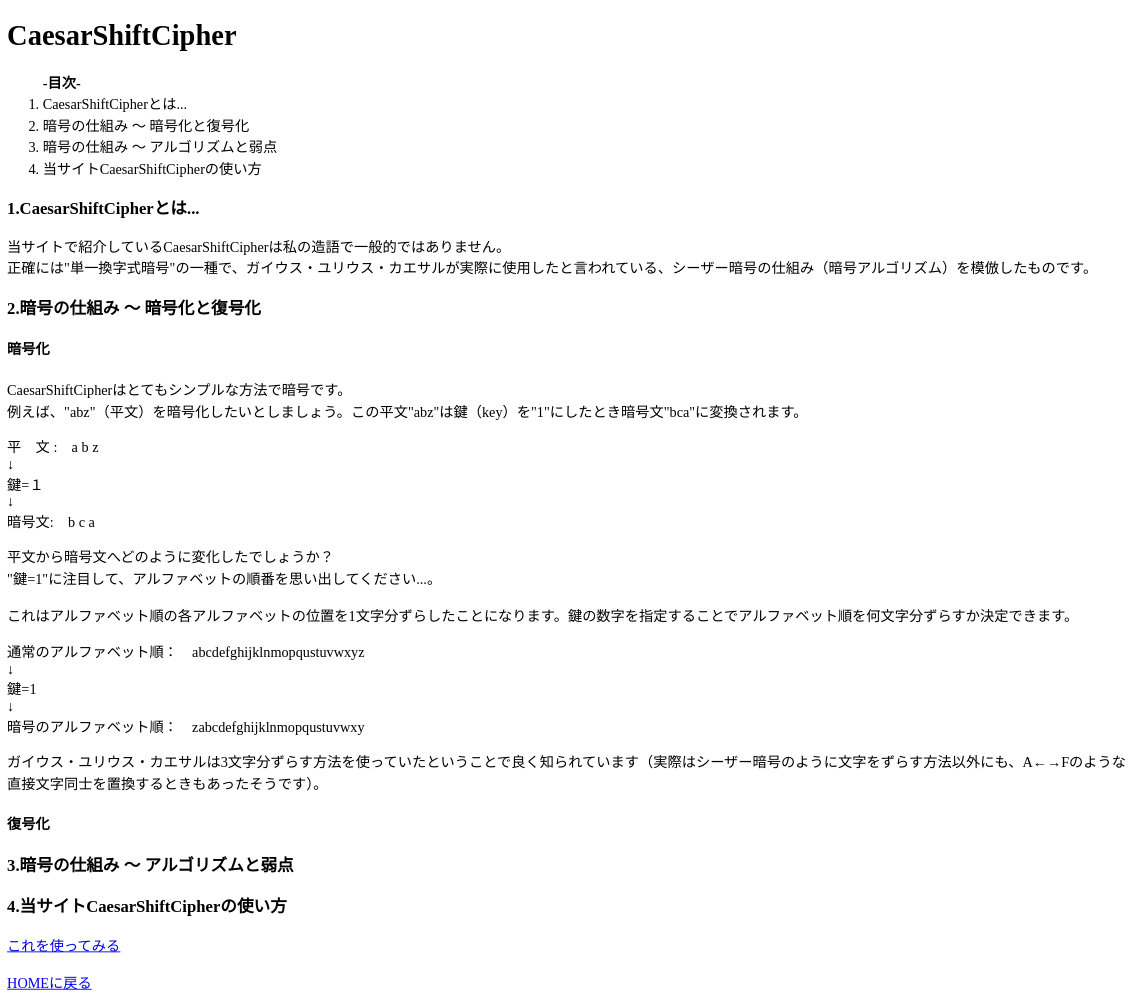
Repository: RantaWatari/TEST
Page: http://localhost/CipherProject/CipherMore?page=1
An editor plug-in stored every save of this project. The page is shown before and after the next save, followed by the edit.
The browser window is 1280 px wide. The pictures show the whole page, at 89% of full size.
The page is served by Tomcat 9.

Above is the page before, as saved 2017-07-24 22:26:22.

### CipherProject/WebContent/WEB-INF/jsp/CaesarShiftCipher.jsp
<%@ page language="java" contentType="text/html; charset=UTF-8"
    pageEncoding="UTF-8"%>
<!DOCTYPE html PUBLIC "-//W3C//DTD HTML 4.01 Transitional//EN" "http://www.w3.org/TR/html4/loose.dtd">
<html>
<head>
<meta http-equiv="Content-Type" content="text/html; charset=UTF-8">
<title>CaesarShiftCipher-Page</title>
</head>
<body>

<h1>CaesarShiftCipher</h1>
	<ol>
	<strong>-目次-</strong>
	<li>CaesarShiftCipherとは...</li>
	<li>暗号の仕組み ～ 暗号化と復号化</li>
	<li>暗号の仕組み ～ アルゴリズムと弱点</li>
	<li>当サイトCaesarShiftCipherの使い方</li>
	</ol>

<h3>1.CaesarShiftCipherとは...</h3>
	<p>当サイトで紹介しているCaesarShiftCipherは私の造語で一般的ではありません。<br>
	正確には"単一換字式暗号"の一種で、ガイウス・ユリウス・カエサルが実際に使用したと言われている、シーザー暗号の仕組み（暗号アルゴリズム）を模倣したものです。</p>

<h3>2.暗号の仕組み ～ 暗号化と復号化</h3>
	<h4>暗号化</h4>
		<p>CaesarShiftCipherはとてもシンプルな方法で暗号です。<br>例えば、"abz"（平文）を暗号化したいとしましょう。この平文"abz"は鍵（key）を"1"にしたとき暗号文"bca"に変換されます。</p>
		<p>平　文 :　a b z<br>↓<br>鍵=１<br>↓<br>暗号文:　b c a</p>
		<p>平文から暗号文へどのように変化したでしょうか？<br>"鍵=1"に注目して、アルファベットの順番を思い出してください...。<br><br>これはアルファベット順の各アルファベットの位置を1文字分ずらしたことになります。鍵の数字を指定することでアルファベット順を何文字分ずらすか決定できます。</p>
		<p>通常のアルファベット順：　abcdefghijklnmopqustuvwxyz<br>↓<br>鍵=1<br>↓<br>暗号のアルファベット順：　zabcdefghijklnmopqustuvwxy</p>
		<p>ガイウス・ユリウス・カエサルは3文字分ずらす方法を使っていたということで良く知られています（実際はシーザー暗号のように文字をずらす方法以外にも、A←→Fのような直接文字同士を置換するときもあったそうです）。</p>

	<h4>復号化</h4>

<h3>3.暗号の仕組み ～ アルゴリズムと弱点</h3>
	<p></p>

<h3>4.当サイトCaesarShiftCipherの使い方</h3>


<a href="http://localhost/CaesarShiftCipher/CaesarShiftCipher">これを使ってみる</a><br><br>
<a href="/CipherProject/">HOMEに戻る</a>

</body>
</html>

### CipherProject/src/servlet/Cipher.java
package servlet;

import java.io.IOException;

import javax.servlet.RequestDispatcher;
import javax.servlet.ServletException;
import javax.servlet.annotation.WebServlet;
import javax.servlet.http.HttpServlet;
import javax.servlet.http.HttpServletRequest;
import javax.servlet.http.HttpServletResponse;

@WebServlet("/CipherMore")
public class Cipher extends HttpServlet {
	private static final long serialVersionUID = 1L;

	protected void doGet(HttpServletRequest request, HttpServletResponse response) throws ServletException, IOException {

		String page =  request.getParameter("page");
		int pageNum = Integer.parseInt(page);

		if(pageNum == 0){

		}else if(pageNum == 1){
			RequestDispatcher dispatcher = request.getRequestDispatcher("/WEB-INF/jsp/CaesarShiftCipher.jsp");
			dispatcher.forward(request, response);
		}else if(pageNum == 2){
			RequestDispatcher dispatcher = request.getRequestDispatcher("/WEB-INF/jsp/VigenereCipher.jsp");
			dispatcher.forward(request, response);
		}else if(pageNum == 3){
			RequestDispatcher dispatcher = request.getRequestDispatcher("/WEB-INF/jsp/Enigma.jsp");
			dispatcher.forward(request, response);
		}else if(pageNum == 777){
			RequestDispatcher dispatcher = request.getRequestDispatcher("/WEB-INF/jsp/Unicode.jsp");
			dispatcher.forward(request, response);
		}

	}

}

After the next save:
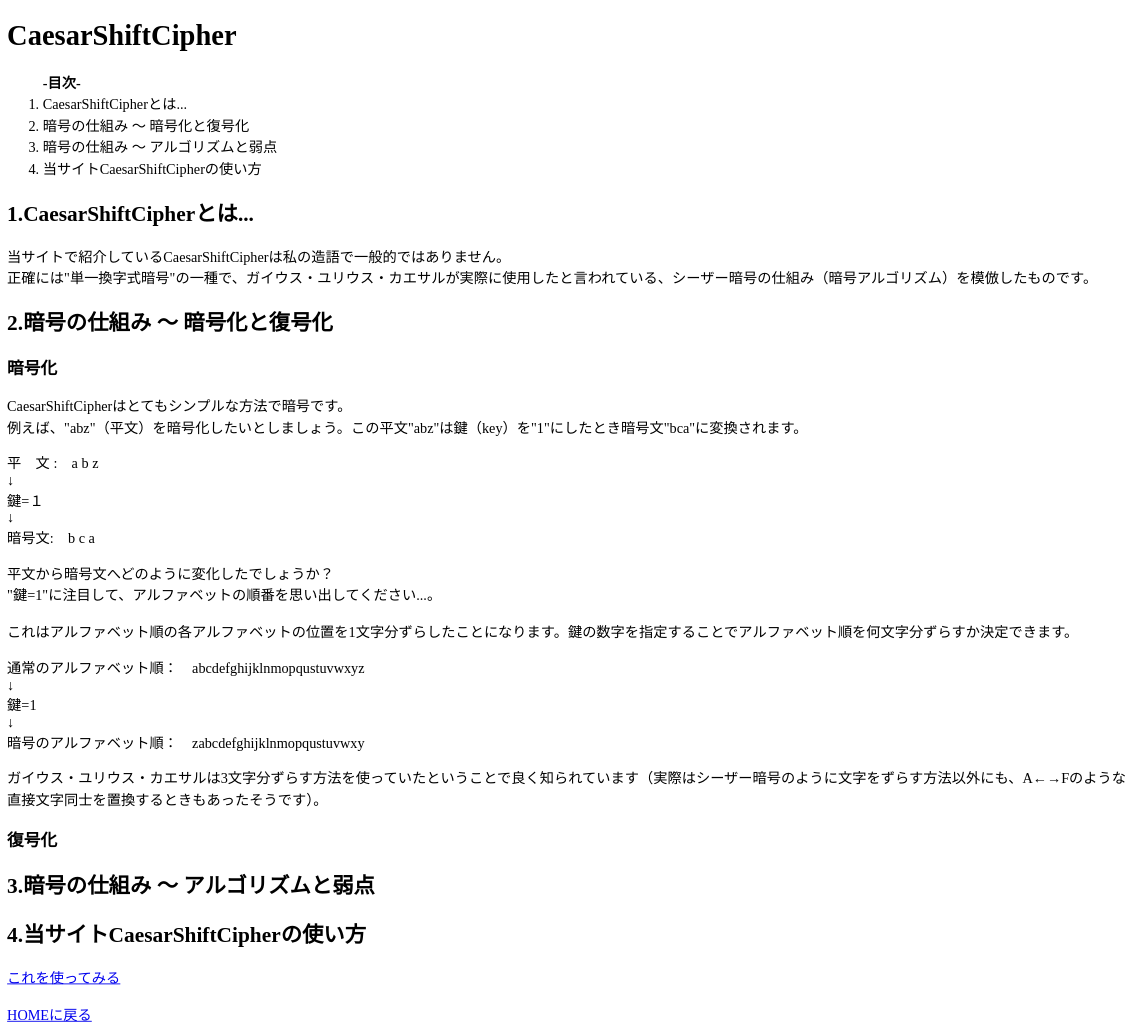
Saved 64 s later.
--- a/CipherProject/WebContent/WEB-INF/jsp/CaesarShiftCipher.jsp
+++ b/CipherProject/WebContent/WEB-INF/jsp/CaesarShiftCipher.jsp
@@ -17,24 +17,24 @@
 	<li>当サイトCaesarShiftCipherの使い方</li>
 	</ol>
 
-<h3>1.CaesarShiftCipherとは...</h3>
+<h2>1.CaesarShiftCipherとは...</h2>
 	<p>当サイトで紹介しているCaesarShiftCipherは私の造語で一般的ではありません。<br>
 	正確には"単一換字式暗号"の一種で、ガイウス・ユリウス・カエサルが実際に使用したと言われている、シーザー暗号の仕組み（暗号アルゴリズム）を模倣したものです。</p>
 
-<h3>2.暗号の仕組み ～ 暗号化と復号化</h3>
-	<h4>暗号化</h4>
+<h2>2.暗号の仕組み ～ 暗号化と復号化</h2>
+	<h3>暗号化</h4>
 		<p>CaesarShiftCipherはとてもシンプルな方法で暗号です。<br>例えば、"abz"（平文）を暗号化したいとしましょう。この平文"abz"は鍵（key）を"1"にしたとき暗号文"bca"に変換されます。</p>
 		<p>平　文 :　a b z<br>↓<br>鍵=１<br>↓<br>暗号文:　b c a</p>
 		<p>平文から暗号文へどのように変化したでしょうか？<br>"鍵=1"に注目して、アルファベットの順番を思い出してください...。<br><br>これはアルファベット順の各アルファベットの位置を1文字分ずらしたことになります。鍵の数字を指定することでアルファベット順を何文字分ずらすか決定できます。</p>
 		<p>通常のアルファベット順：　abcdefghijklnmopqustuvwxyz<br>↓<br>鍵=1<br>↓<br>暗号のアルファベット順：　zabcdefghijklnmopqustuvwxy</p>
 		<p>ガイウス・ユリウス・カエサルは3文字分ずらす方法を使っていたということで良く知られています（実際はシーザー暗号のように文字をずらす方法以外にも、A←→Fのような直接文字同士を置換するときもあったそうです）。</p>
 
-	<h4>復号化</h4>
+	<h3>復号化</h3>
 
-<h3>3.暗号の仕組み ～ アルゴリズムと弱点</h3>
+<h2>3.暗号の仕組み ～ アルゴリズムと弱点</h2>
 	<p></p>
 
-<h3>4.当サイトCaesarShiftCipherの使い方</h3>
+<h2>4.当サイトCaesarShiftCipherの使い方</h2>
 
 
 <a href="http://localhost/CaesarShiftCipher/CaesarShiftCipher">これを使ってみる</a><br><br>

After the 2 saves that followed:
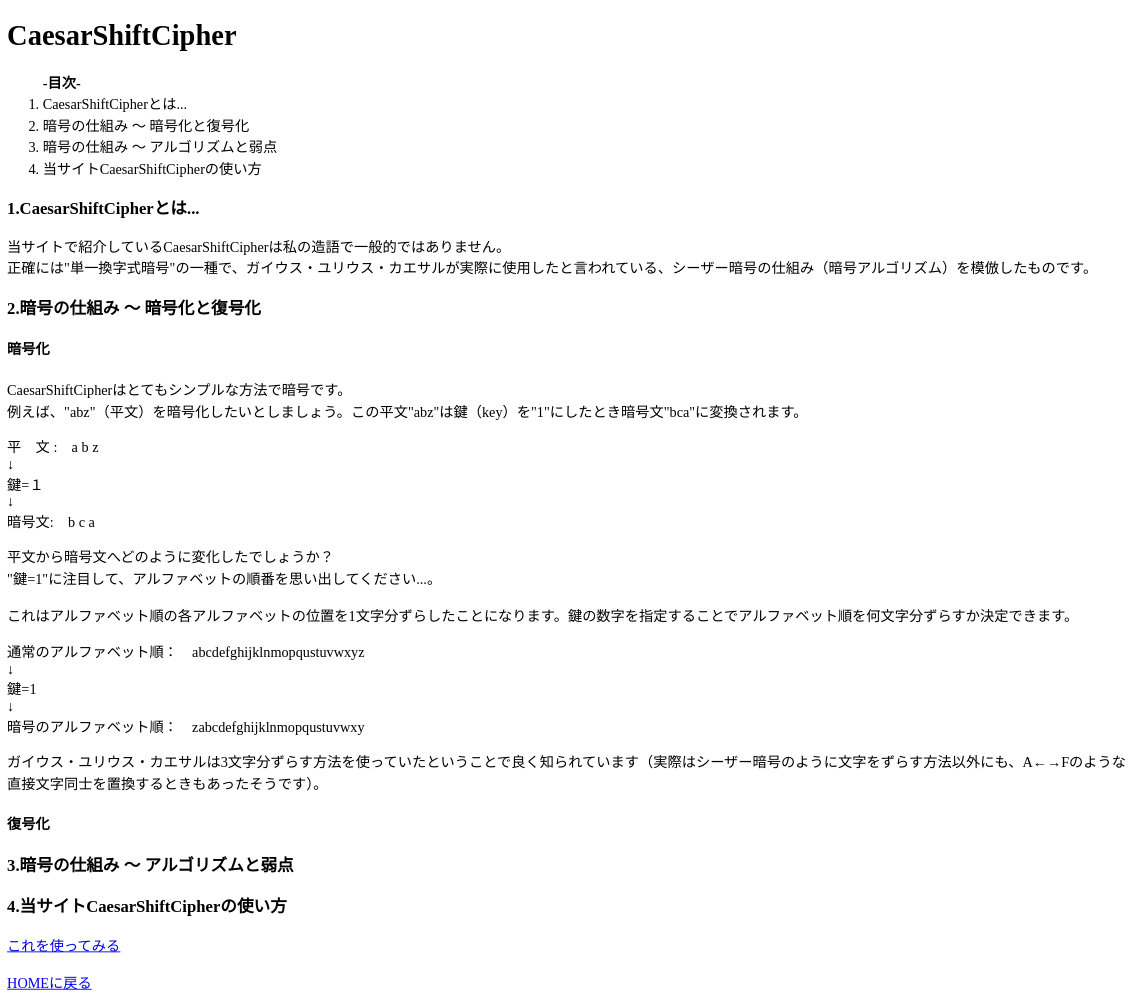
The 2 saves are shown as one change because they came seconds apart.
The last was saved 28 s later.
--- a/CipherProject/WebContent/WEB-INF/jsp/CaesarShiftCipher.jsp
+++ b/CipherProject/WebContent/WEB-INF/jsp/CaesarShiftCipher.jsp
@@ -17,24 +17,24 @@
 	<li>当サイトCaesarShiftCipherの使い方</li>
 	</ol>
 
-<h2>1.CaesarShiftCipherとは...</h2>
+<h3>1.CaesarShiftCipherとは...</h3>
 	<p>当サイトで紹介しているCaesarShiftCipherは私の造語で一般的ではありません。<br>
 	正確には"単一換字式暗号"の一種で、ガイウス・ユリウス・カエサルが実際に使用したと言われている、シーザー暗号の仕組み（暗号アルゴリズム）を模倣したものです。</p>
 
-<h2>2.暗号の仕組み ～ 暗号化と復号化</h2>
-	<h3>暗号化</h4>
+<h3>2.暗号の仕組み ～ 暗号化と復号化</h3>
+	<h4>暗号化</h4>
 		<p>CaesarShiftCipherはとてもシンプルな方法で暗号です。<br>例えば、"abz"（平文）を暗号化したいとしましょう。この平文"abz"は鍵（key）を"1"にしたとき暗号文"bca"に変換されます。</p>
 		<p>平　文 :　a b z<br>↓<br>鍵=１<br>↓<br>暗号文:　b c a</p>
 		<p>平文から暗号文へどのように変化したでしょうか？<br>"鍵=1"に注目して、アルファベットの順番を思い出してください...。<br><br>これはアルファベット順の各アルファベットの位置を1文字分ずらしたことになります。鍵の数字を指定することでアルファベット順を何文字分ずらすか決定できます。</p>
 		<p>通常のアルファベット順：　abcdefghijklnmopqustuvwxyz<br>↓<br>鍵=1<br>↓<br>暗号のアルファベット順：　zabcdefghijklnmopqustuvwxy</p>
 		<p>ガイウス・ユリウス・カエサルは3文字分ずらす方法を使っていたということで良く知られています（実際はシーザー暗号のように文字をずらす方法以外にも、A←→Fのような直接文字同士を置換するときもあったそうです）。</p>
 
-	<h3>復号化</h3>
+	<h4>復号化</h4>
 
-<h2>3.暗号の仕組み ～ アルゴリズムと弱点</h2>
+<h3>3.暗号の仕組み ～ アルゴリズムと弱点</h3>
 	<p></p>
 
-<h2>4.当サイトCaesarShiftCipherの使い方</h2>
+<h3>4.当サイトCaesarShiftCipherの使い方</h3>
 
 
 <a href="http://localhost/CaesarShiftCipher/CaesarShiftCipher">これを使ってみる</a><br><br>
